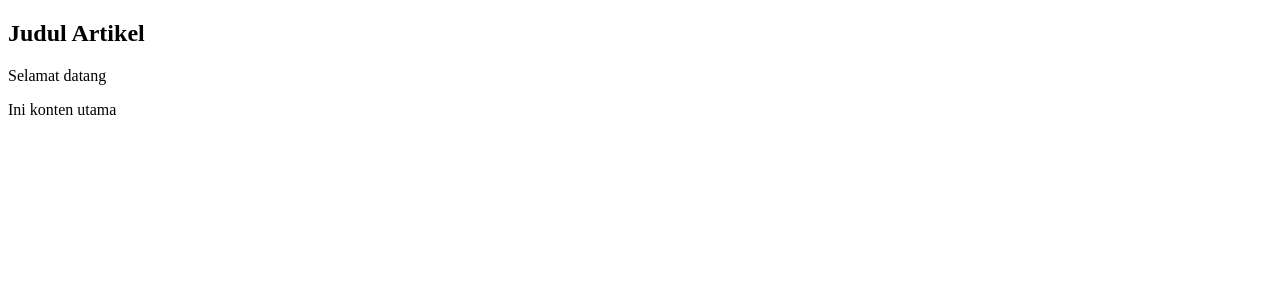
Repository: esramrsln/day2_RevoU
Page: layout.html
These files come from the project's save history. The page is drawn as it stood at one moment and after a run of saves; the edit follows.
The browser window is 1280 px wide. The pictures show the whole page.

Above is the page before, as saved 2024-07-23 21:54:22.

### layout.html
<!DOCTYPE html>
<html>
<head>
    <meta charset="UTF-8" />
    <title>Membuat  Lyout</title>
</head>
<body>
    <article>
        <header>
            <h1>Judul Artikel</h1>
            <p>Selamat datang</p>
        </header>
        <main>
            <p>Ini konten utama</p>
        </main>
        <footer>
            <p></p></p>
        </footer>
    </article>
</body>
</html>

After the next 2 saves:
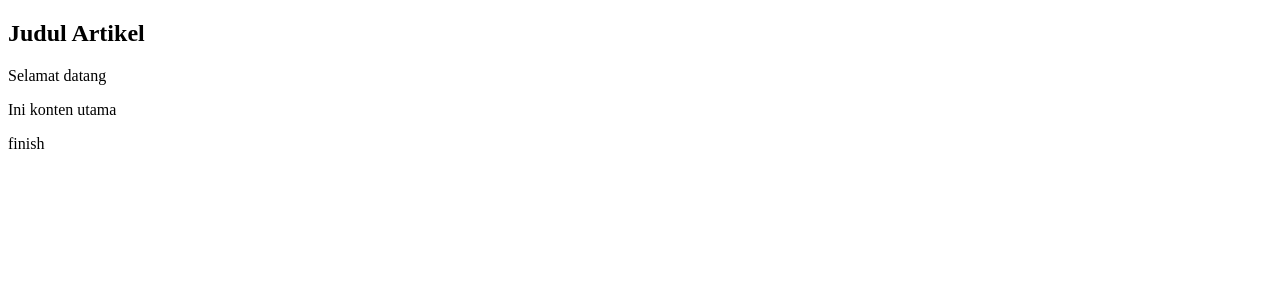
The 2 saves are shown as one change because they came seconds apart.
The last was saved 6 s later.
--- a/layout.html
+++ b/layout.html
@@ -14,7 +14,7 @@
             <p>Ini konten utama</p>
         </main>
         <footer>
-            <p></p></p>
+            <p>finish</p>
         </footer>
     </article>
 </body>
